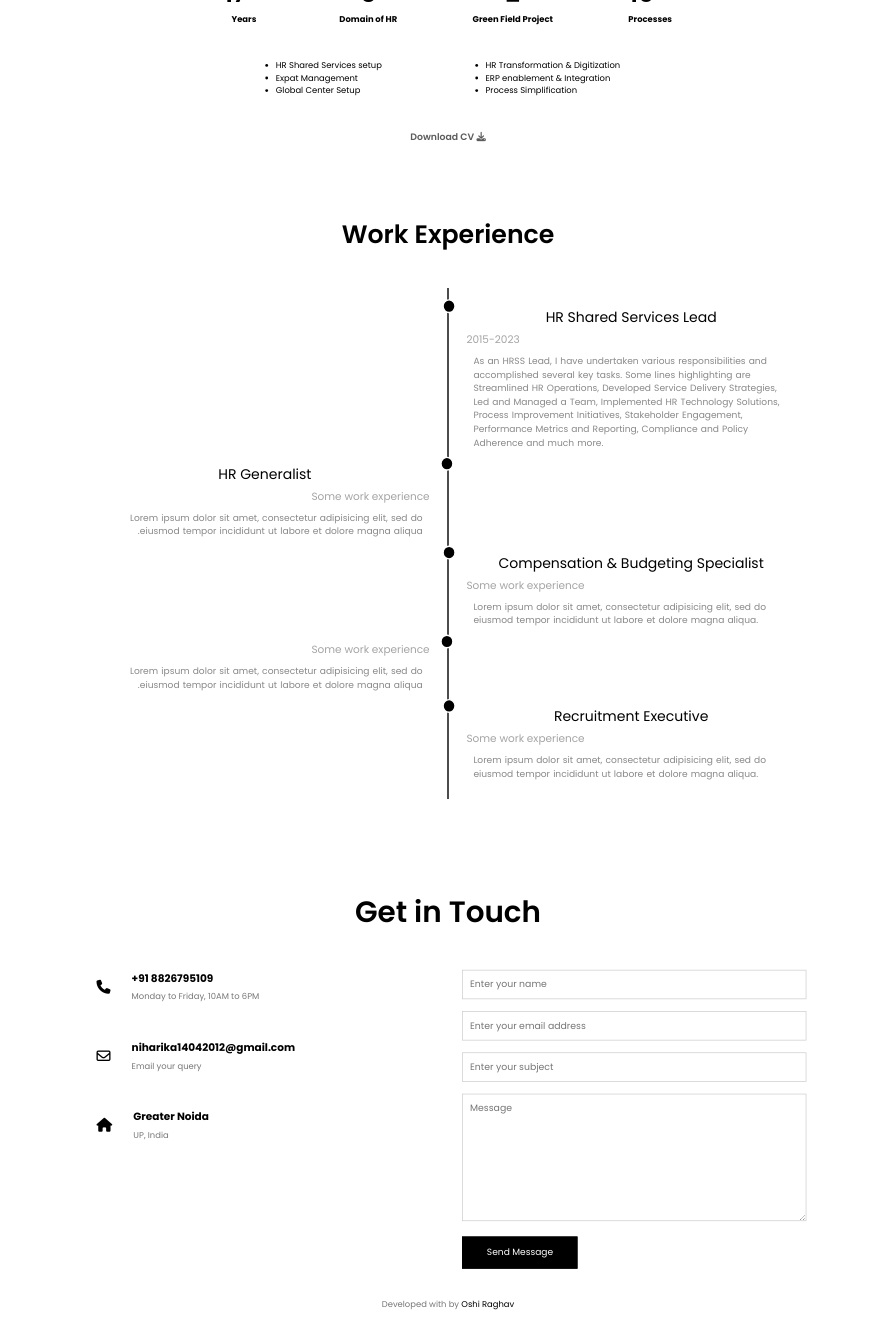
Repository: xoshiraghavx/Niharika-portfolio
Page: index.html
The author's editor kept a copy of each file at every save. The page is drawn from the files as they stood at one save, then again after the next save.
The browser window is 1280 px wide. The pictures show the part of the page from y = 1098 to 3018 px (the page is 2983 px tall before and 3018 px after), at 70% of full size.
Some web libraries are served in a nearby version.

Above is the page before, as saved 2023-06-16 10:33:35.

After the next save:
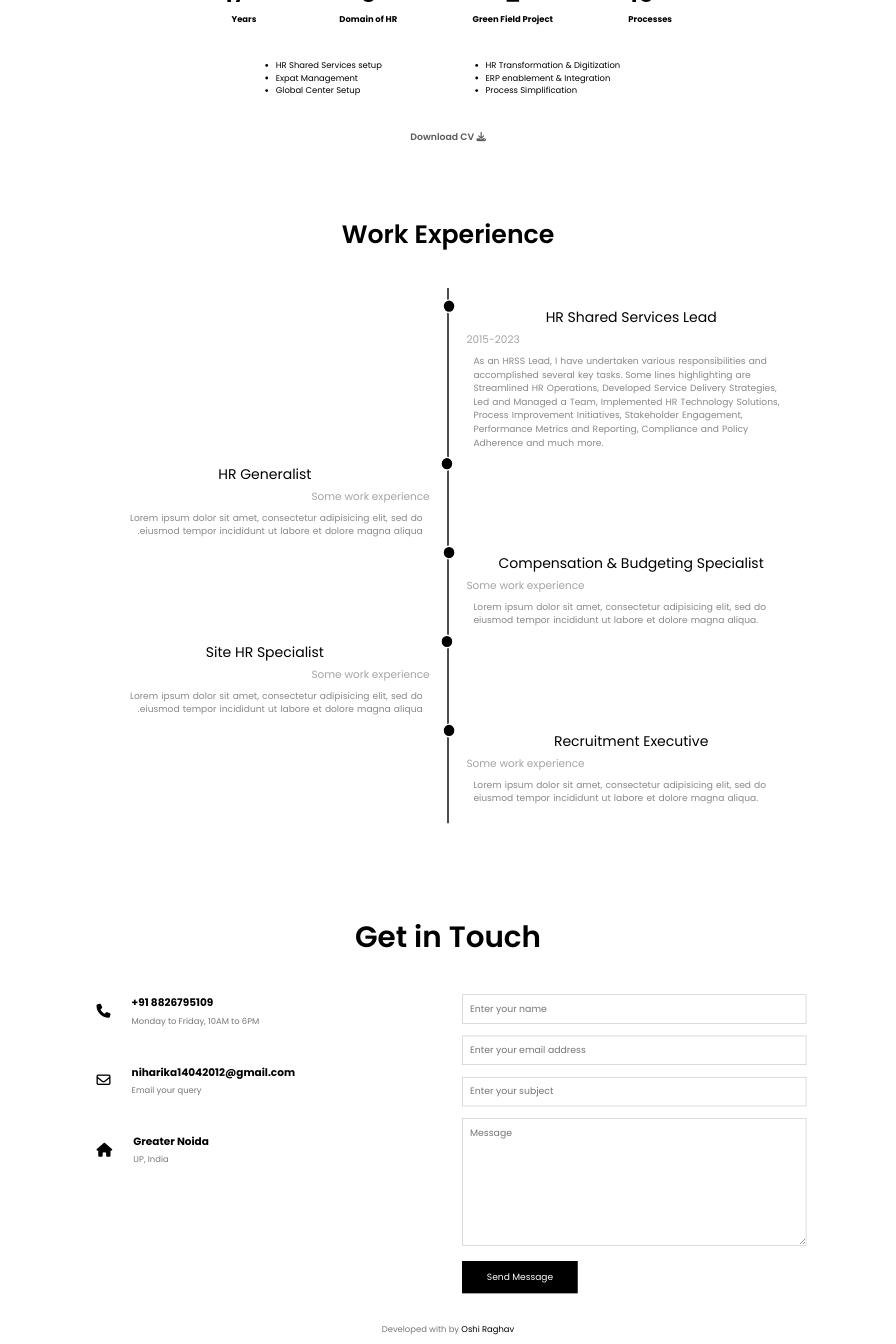
Saved 4 s later.
--- a/index.html
+++ b/index.html
@@ -147,7 +147,7 @@
             <div class="timeline-block timeline-block-left">
                <div class="marker"></div>
                <div class="timeline-content">
-                  <h3></h3>
+                  <h3>Site HR Specialist </h3>
                   <span>Some work experience</span>
                   <p>Lorem ipsum dolor sit amet, consectetur adipisicing elit, sed do eiusmod tempor incididunt ut labore et dolore magna aliqua.</p>
                </div>
